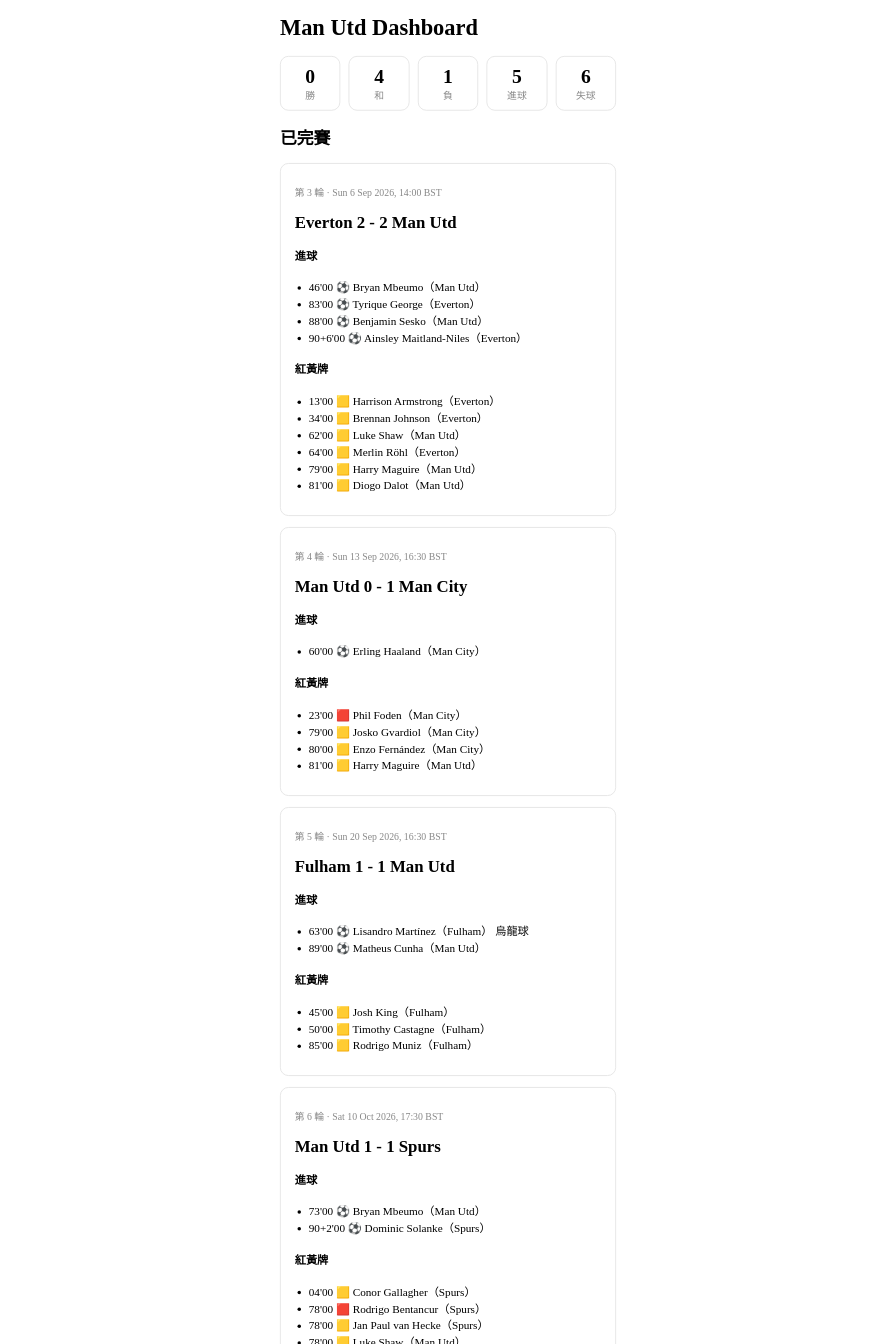
Repository: Chengyu0814/Premier-League-Dashboard
Page: / (app in frontend/)
The author's editor kept a copy of each file at every save. The page is drawn from the files as they stood at one save, then again after a run of saves.
The browser window is 1280 px wide. The pictures show the part of the page from y = 0 to 1920 px (the page is 3008 px tall), at 70% of full size.
The project was rebuilt for these pictures with package versions that can differ from the ones it lists, and the page was loaded fresh each time. Also part of the build but not shown: frontend/vite.config.js.

Above is the page before, as saved 2026-10-26 16:11:54.

After the next 5 saves:
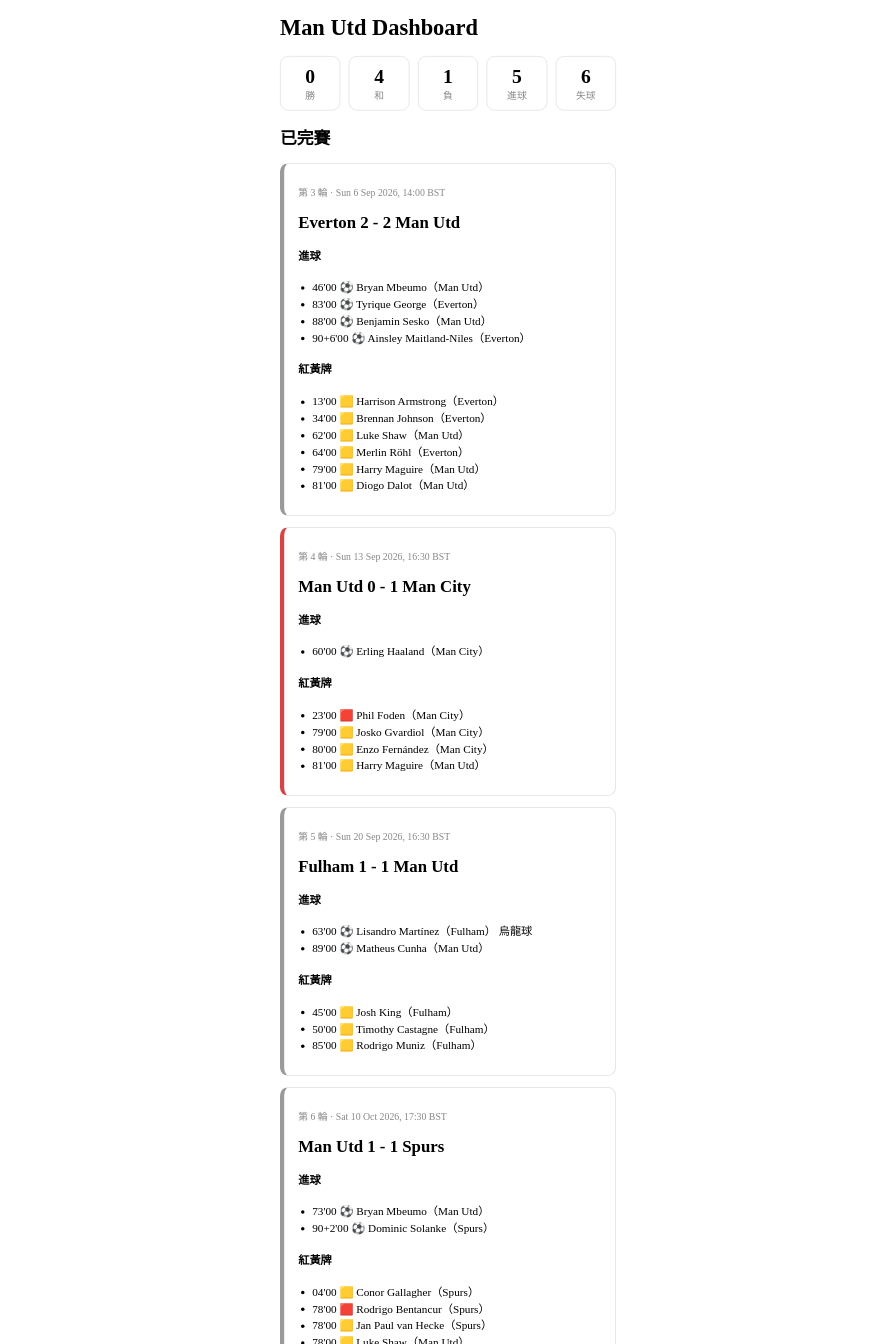
The 5 saves are shown as one change because they came seconds apart.
The last was saved 2 min 17 s later.
--- a/frontend/src/index.css
+++ b/frontend/src/index.css
@@ -12,6 +12,10 @@
     max-width: 480px;
     text-align: left;
 }
+
+.match-card.result-W { border-left: 6px solid #2e9e5b; }
+.match-card.result-D { border-left: 6px solid #9a9a9a; }
+.match-card.result-L { border-left: 6px solid #d64545; }
 
 .match-card .kickoff{
     color: #888;
